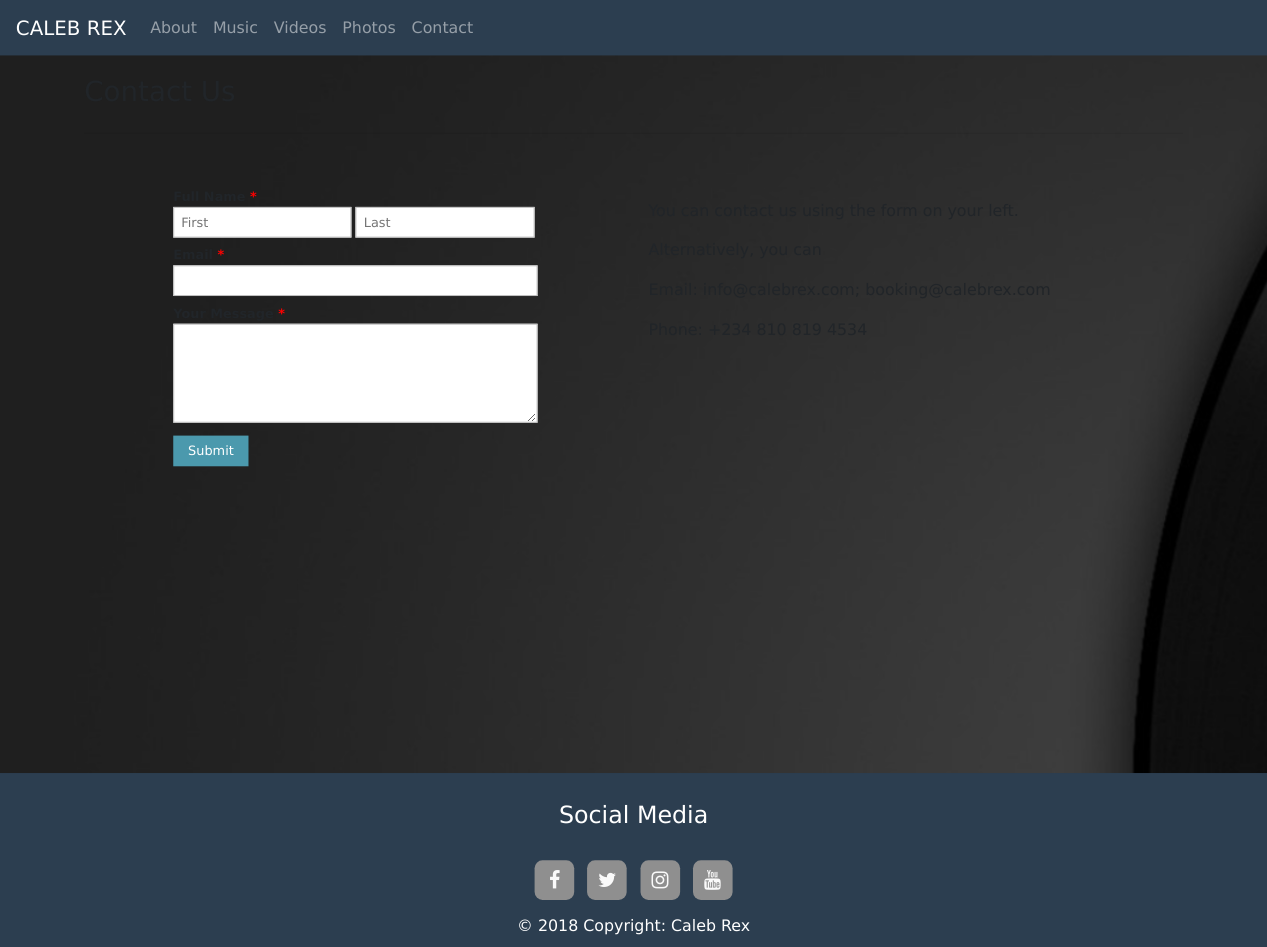
Repository: IchaTreasure/caleb-rex
Page: contact.html
The author's editor kept a record of every edit. The page is drawn from the files as they stood at one moment, then again after the next edit.
The browser window is 1280 px wide. The pictures show the whole page, at 99% of full size.
Some web libraries are served in a nearby version.

Above is the page before.

### contact.html
<!DOCTYPE html>
<html lang="en">

<head>
    <meta charset="UTF-8">
    <meta name="viewport" content="width=device-width, initial-scale=1.0">
    <meta http-equiv="X-UA-Compatible" content="ie=edge">
    <link rel="stylesheet" href="https://maxcdn.bootstrapcdn.com/bootstrap/4.1.3/css/bootstrap.min.css">
    <link rel="stylesheet" href="https://use.fontawesome.com/releases/v5.6.1/css/all.css" integrity="sha384-gfdkjb5BdAXd+lj+gudLWI+BXq4IuLW5IT+brZEZsLFm++aCMlF1V92rMkPaX4PP" crossorigin="anonymous">
    <link rel="stylesheet" href="https://stackpath.bootstrapcdn.com/bootstrap/4.3.1/css/bootstrap.min.css" type="text/css" />
    <link rel="stylesheet" href="https://stackpath.bootstrapcdn.com/font-awesome/4.7.0/css/font-awesome.min.css" type="text/css" />
    <link rel="stylesheet" href="https://cdnjs.cloudflare.com/ajax/libs/hover.css/2.3.1/css/hover-min.css" type="text/css" />
    <link href="https://fonts.googleapis.com/css?family=Roboto:400,700" rel="stylesheet">
    <link rel="stylesheet" href="css/style.css" type="text/css" />
    <title>Caleb Rex</title>
</head>

<body style="background-color: #2c3e50">
    <!-- ------------------------------------------------------------------------------------------------------Navigation Bar -->
    <nav class="navbar navbar-expand-md navbar-dark fixed-top" style="background-color: #2c3e50">
        <a class="navbar-brand" href="index.html">CALEB REX</a>
        <button class="navbar-toggler" type="button" data-toggle="collapse" data-target="#navbarsExampleDefault" aria-controls="navbarsExampleDefault" aria-expanded="false" aria-label="Toggle navigation">
    <span class="navbar-toggler-icon"></span>
  </button>

        <div class="collapse navbar-collapse" id="navbarsExampleDefault">
            <ul class="navbar-nav mr-auto">
                <li class="nav-item right" data-toggle="collapse" data-target=".navbar-collapse.show">
                    <a class="nav-link" href="about.html">About</a>
                </li>
                <li class="nav-item right" data-toggle="collapse" data-target=".navbar-collapse.show">
                    <a class="nav-link" href="music.html">Music</a>
                </li>
                <li class="nav-item right" data-toggle="collapse" data-target=".navbar-collapse.show">
                    <a class="nav-link" href="videos.html">Videos</a>
                </li>
                <li class="nav-item right" data-toggle="collapse" data-target=".navbar-collapse.show">
                    <a class="nav-link" href="photos.html">Photos</a>
                </li>
                <li class="nav-item right" data-toggle="collapse" data-target=".navbar-collapse.show">
                    <a class="nav-link" href="contact.html" class='active-page'>Contact</a>
                </li>
            </ul>
        </div>
    </nav>

    <!-- contact section -->
    <section style="background-color: #bc3636; background-image: url('images/photos-page.png'); Width: 100%;">
        <!-- Page Content -->
        <div class="container" Style="padding-top: 20px">
            <div class="row">
                <h3 style="padding-left: 15px">Contact Us</h3>
            </div>
            <hr>
            <div class="row">
                <div class="col-md-6">
                    <form action="mailto:treasureicha82@gmail.com" method="post" enctype="text/plain">
                        <ul class="form-style-1">
                            <li>
                                <label>Full Name <span class="required">*</span></label>
                                <input type="text" name="firstname" class="field-divided" placeholder="First" />
                                <input type="text" name="lastname" class="field-divided" placeholder="Last" />
                            </li>
                            <li>
                                <label>Email <span class="required">*</span></label>
                                <input type="email" name="email" class="field-long" />
                            </li>
                            <li>
                                <label>Your Message <span class="required">*</span></label>
                                <textarea name="message" id="message" class="field-long field-textarea"></textarea>
                            </li>
                            <li>
                                <input type="submit" value="Submit" />
                            </li>
                        </ul>
                    </form>
                </div>
                <div class="col-md-6" style="padding-top: 50px; padding-bottom: 420px;">
                    <p>
                        You can contact us using the form on your left.
                    </p>
                    <p>
                        Alternatively, you can
                    </p>
                    <p>
                        Email: info@calebrex.com; booking@calebrex.com
                    </p>
                    <p>
                        Phone: +234 810 819 4534
                    </p>
                </div>
            </div>
        </div>
    </section>

    <!-- Footer -->
    <footer class="py-1" style="background-color: #2c3e50; text-align: center;">
        <div class="container">
            <br>
            <h4 style="color: white;">Social Media</h4>
            <br>
            <ul class="list-inline social-links">
                <li class="list-inline-item">
                    <a target="_blank" href="https://www.facebook.com/caleb.rex.96"><i class = " fa fa-facebook" aria-hidden="true"></i><span class = "sr-only">Facebook</span></a>
                </li>
                <li class="list-inline-item">
                    <a target="_blank" href="https://twitter.com/calebrex01"><i class = " fa fa-twitter" aria-hidden="true"></i><span class = "sr-only">Twitter</span></a>
                </li>
                <li class="list-inline-item">
                    <a target="_blank" href="https://www.instagram.com/caleb.rex01/"><i class = " fa fa-instagram" aria-hidden="true"></i><span class = "sr-only">Instagram</span></a>
                </li>
                <li class="list-inline-item">
                    <a target="_blank" href="https://www.youtube.com/channel/UC_B7e65upco510Sio9dZJhg"><i class = " fa fa-youtube" aria-hidden="true"></i><span class = "sr-only">Youtube</span></a>
                </li>
            </ul>
        </div>
        <h6 style="text-align: center; color: white;">© 2018 Copyright: Caleb Rex</h6>
        <!-- /.container -->
    </footer>
    <!-- Bootstrap core JavaScript -->
    <script src="https://code.jquery.com/jquery-3.3.1.slim.min.js" integrity="sha384-q8i/X+965DzO0rT7abK41JStQIAqVgRVzpbzo5smXKp4YfRvH+8abtTE1Pi6jizo" crossorigin="anonymous"></script>
    <script src="https://cdnjs.cloudflare.com/ajax/libs/popper.js/1.14.7/umd/popper.min.js" integrity="sha384-UO2eT0CpHqdSJQ6hJty5KVphtPhzWj9WO1clHTMGa3JDZwrnQq4sF86dIHNDz0W1" crossorigin="anonymous"></script>
    <script src="https://stackpath.bootstrapcdn.com/bootstrap/4.3.1/js/bootstrap.min.js" integrity="sha384-JjSmVgyd0p3pXB1rRibZUAYoIIy6OrQ6VrjIEaFf/nJGzIxFDsf4x0xIM+B07jRM" crossorigin="anonymous"></script>
</body>

</html>

### css/style.css
/*---------------------------- css for body */
body {
  font-family: 'Lucida Grande', sans-serif;
  padding-top: 56px;
}

nav li a:hover {
  background: black;

}

main{
 /*   height: 100vh;
    background: url('../images/Caleb1.jpg') no-repeat top right fixed;
    -webkit-background-size: cover;
    -moz-background-size: cover;
    -o-background-size: cover;
    background-size: cover;
    display: flex;
    align-items: center;
    justify-content: center;
    position: relative; */s


}

.main-container {

}

/*----------------------------------------- Modal Styling */
.modal-body{
    color: #615650;
    text-align: center;
}

.modal-content{
    background-color: #dbc7bd;
    padding: 20px;
}

.img-hover:hover{
    cursor: pointer;
    opacity: 0.6;
    transition: all 0.35s ease-in-out;
    -moz-transition: all 0.35s ease-in-out;
    -webkit-transition: all 0.35s ease-in-out;
    -o-transition: all 0.35s ease-in-out;
}

/*---------------------------- css for contact form*/
.form-style-1 {
	margin:10px auto;
	max-width: 400px;
	padding: 20px 12px 10px 20px;
	font: 13px "Lucida Sans Unicode", "Lucida Grande", sans-serif;
}
.form-style-1 li {
	padding: 0;
	display: block;
	list-style: none;
	margin: 10px 0 0 0;
}
.form-style-1 label{
	margin:0 0 3px 0;
	padding:0px;
	display:block;
	font-weight: bold;
}
.form-style-1 input[type=text],
.form-style-1 input[type=date],
.form-style-1 input[type=datetime],
.form-style-1 input[type=number],
.form-style-1 input[type=search],
.form-style-1 input[type=time],
.form-style-1 input[type=url],
.form-style-1 input[type=email],
textarea,
select{
	box-sizing: border-box;
	-webkit-box-sizing: border-box;
	-moz-box-sizing: border-box;
	border:1px solid #BEBEBE;
	padding: 7px;
	margin:0px;
	-webkit-transition: all 0.30s ease-in-out;
	-moz-transition: all 0.30s ease-in-out;
	-ms-transition: all 0.30s ease-in-out;
	-o-transition: all 0.30s ease-in-out;
	outline: none;
}

.form-style-1 input[type=text]:focus,
.form-style-1 input[type=date]:focus,
.form-style-1 input[type=datetime]:focus,
.form-style-1 input[type=number]:focus,
.form-style-1 input[type=search]:focus,
.form-style-1 input[type=time]:focus,
.form-style-1 input[type=url]:focus,
.form-style-1 input[type=email]:focus,
.form-style-1 textarea:focus,
.form-style-1 select:focus{
	-moz-box-shadow: 0 0 8px #88D5E9;
	-webkit-box-shadow: 0 0 8px #88D5E9;
	box-shadow: 0 0 8px #88D5E9;
	border: 1px solid #88D5E9;
}

.form-style-1 .field-divided{
	width: 49%;
}

.form-style-1 .field-long{
	width: 100%;
}
.form-style-1 .field-select{
	width: 100%;
}
.form-style-1 .field-textarea{
	height: 100px;
}
.form-style-1 input[type=submit], .form-style-1 input[type=button]{
	background: #4B99AD;
	padding: 8px 15px 8px 15px;
	border: none;
	color: #fff;
}

.form-style-1 input[type=submit]:hover, .form-style-1 input[type=button]:hover{
	background: #4691A4;
	box-shadow:none;
	-moz-box-shadow:none;
	-webkit-box-shadow:none;
}

.form-style-1 .required{
	color:red;
}

/*---------------------------- css for footer*/
footer {
  background-color: #7D0D11;
  color: black;
}

.social-links li a i {
  width: 40px;
  height: 40px;
  padding: 10px;
  border-radius: 20%;
  font-size: 20px;
  line-height: 20px;
  text-align: center;
  color: #fafafa;
  background: #8f8f8f;
  transition: all 0.35s ease-in-out;
  -moz-transition: all 0.35s ease-in-out;
  -webkit-transition: all 0.35s ease-in-out;
  -o-transition: all 0.35s ease-in-out;
}

.social-links li a i:hover {
  background: black;
}

After the next edit:
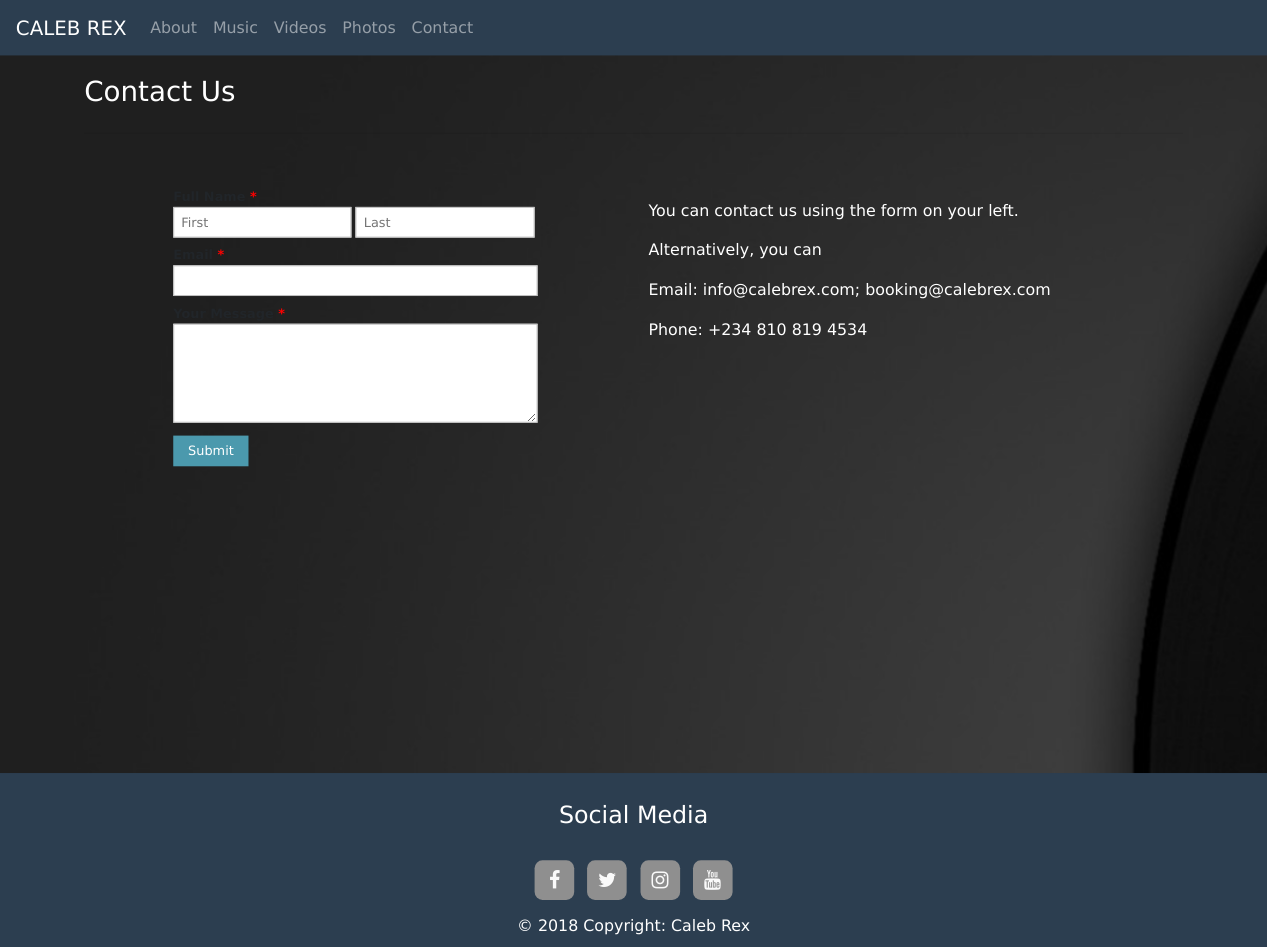
The edit:
--- a/css/style.css
+++ b/css/style.css
@@ -9,23 +9,12 @@
 
 }
 
-main{
- /*   height: 100vh;
-    background: url('../images/Caleb1.jpg') no-repeat top right fixed;
-    -webkit-background-size: cover;
-    -moz-background-size: cover;
-    -o-background-size: cover;
-    background-size: cover;
-    display: flex;
-    align-items: center;
-    justify-content: center;
-    position: relative; */s
-
-
+p{
+	color: white;
 }
 
-.main-container {
-
+h1, h2, h3, h4, h5, h6 {
+	color: white;
 }
 
 /*----------------------------------------- Modal Styling */
